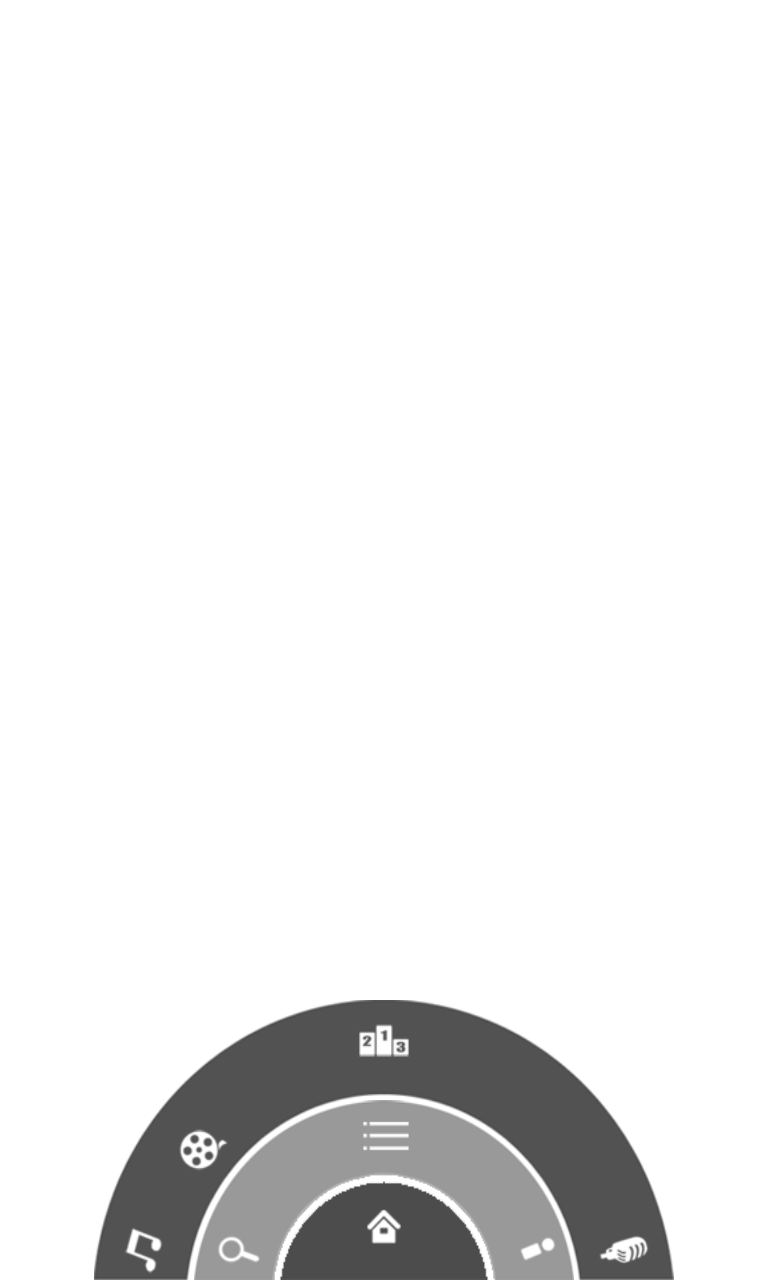
Repository: ASmouse/View
Layout: 02_UkuDemo14/res/layout/activity_main.xml
An editor plug-in stored every save of this project. The layout is shown before and after the next save, followed by the edit.
It is drawn on a 768 x 1280 px phone screen (xhdpi) without system bars, with theme AppTheme; the app's code is not run.

Above is the layout before, as saved 2015-10-24 03:08:23.

### 02_UkuDemo14/res/layout/activity_main.xml
<RelativeLayout xmlns:android="http://schemas.android.com/apk/res/android"
    xmlns:tools="http://schemas.android.com/tools"
    android:layout_width="match_parent"
    android:layout_height="match_parent"
    tools:context=".MainActivity" >

    <!-- uku菜单的第一层 -->

    <RelativeLayout
        android:layout_width="105dip"
        android:layout_height="50dip"
        android:layout_alignParentBottom="true"
        android:layout_centerHorizontal="true"
        android:background="@drawable/level1" >

        <!-- home键 -->

        <ImageView
            android:layout_width="wrap_content"
            android:layout_height="wrap_content"
            android:layout_centerHorizontal="true"
            android:layout_marginTop="3dip"
            android:src="@drawable/icon_home" />
    </RelativeLayout>

    <!-- uku菜单第二层 -->

    <RelativeLayout
        android:layout_width="190dip"
        android:layout_height="90dip"
        android:layout_alignParentBottom="true"
        android:layout_centerHorizontal="true"
        android:background="@drawable/level2" >

        <!-- 搜索 -->

        <ImageView
            android:layout_width="wrap_content"
            android:layout_height="wrap_content"
            android:layout_alignParentBottom="true"
            android:layout_marginLeft="8dip"
            android:src="@drawable/icon_search" />

        <!-- 菜单 -->

        <ImageView
            android:layout_width="wrap_content"
            android:layout_height="wrap_content"
            android:layout_centerHorizontal="true"
            android:layout_marginTop="3dip"
            android:src="@drawable/icon_menu" />

        <!-- 优酷菜单 -->

        <ImageView
            android:layout_width="wrap_content"
            android:layout_height="wrap_content"
            android:layout_alignParentBottom="true"
            android:layout_alignParentRight="true"
            android:layout_marginRight="3dip"
            android:layout_marginTop="3dip"
            android:src="@drawable/icon_myyouku" />
    </RelativeLayout>

    <!-- uku菜单第三层 -->

    <RelativeLayout
        android:layout_width="290dip"
        android:layout_height="140dip"
        android:layout_alignParentBottom="true"
        android:layout_centerHorizontal="true"
        android:background="@drawable/level3" >

        <!-- 第一个按钮 -->

        <ImageView
            android:id="@+id/channel1"
            android:layout_width="wrap_content"
            android:layout_height="wrap_content"
            android:layout_alignParentBottom="true"
            android:layout_marginLeft="10dip"
            android:src="@drawable/channel1" />

        <!-- 第四个按钮 -->

        <ImageView
            android:id="@+id/channel4"
            android:layout_width="wrap_content"
            android:layout_height="wrap_content"
            android:layout_centerHorizontal="true"
            android:layout_marginLeft="10dip"
            android:layout_marginTop="5dip"
            android:src="@drawable/channel4" />

        <!-- 第七个按钮 -->

        <ImageView
            android:id="@+id/channel7"
            android:layout_height="wrap_content"
            android:layout_alignParentBottom="true"
            android:layout_alignParentRight="true"
            android:layout_marginLeft="10dip"
            android:layout_marginRight="10dip"
            android:layout_marginTop="5dip"
            android:layout_width="wrap_content"
            android:src="@drawable/channel7" />

        <!-- 第二个按钮 -->

        <ImageView
            android:layout_marginLeft="40dip"
            android:layout_above="@id/channel1"

            android:layout_marginBottom="20dip"
            android:layout_width="wrap_content"
            android:layout_height="wrap_content"

            android:src="@drawable/channel2" />
    </RelativeLayout>

</RelativeLayout>

Loaded but not shown: 02_UkuDemo14/res/values/styles.xml (common file); 02_UkuDemo14/res/values-v11/styles.xml (common file); 02_UkuDemo14/res/values-v14/styles.xml (common file)

After the next save:
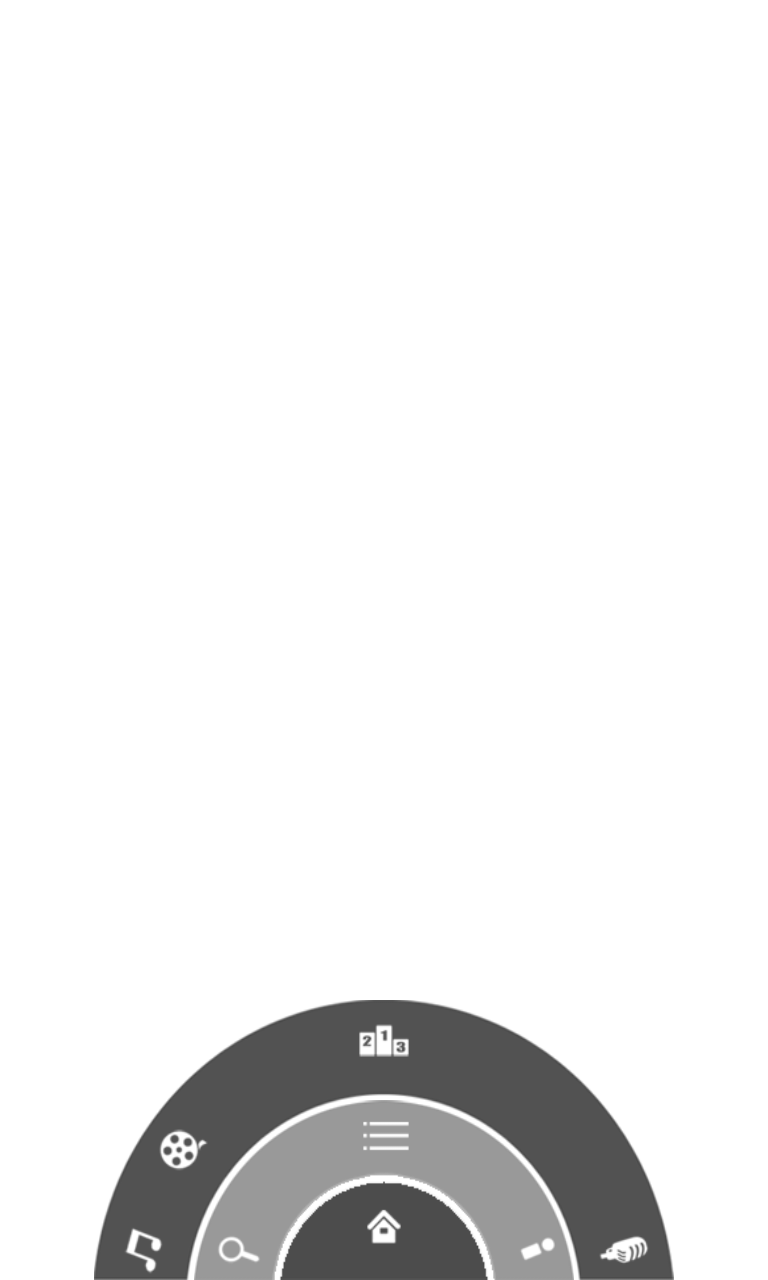
Saved 7 s later.
--- a/02_UkuDemo14/res/layout/activity_main.xml
+++ b/02_UkuDemo14/res/layout/activity_main.xml
@@ -108,7 +108,7 @@
         <!-- 第二个按钮 -->
 
         <ImageView
-            android:layout_marginLeft="40dip"
+            android:layout_marginLeft="30dip"
             android:layout_above="@id/channel1"
 
             android:layout_marginBottom="20dip"
